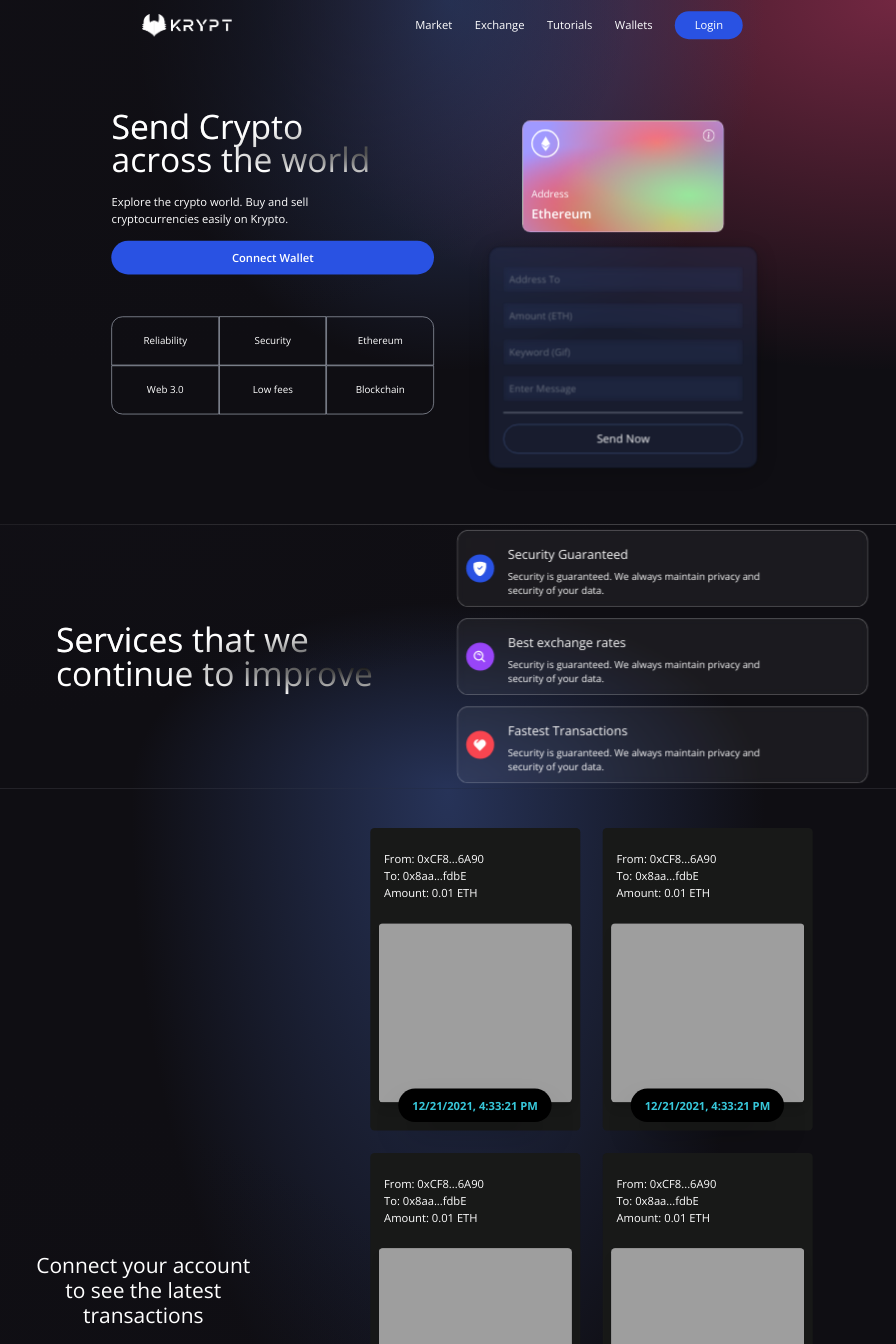
Repository: didierganthier/web3.0
Page: / (app in client/)
The author's editor kept a copy of each file at every save. The page is drawn from the files as they stood at one save, then again after the next save.
The browser window is 1280 px wide. The pictures show the part of the page from y = 0 to 1920 px (the page is 2772 px tall), at 70% of full size.
Pictures or frames that could not be fetched are drawn as grey boxes. The project was rebuilt for these pictures with package versions that can differ from the ones it lists, and the page was loaded fresh each time. Also part of the build but not shown: client/vite.config.js, client/src/components/Loader.jsx.

Above is the page before, as saved 2022-04-07 12:24:39.

### client/src/App.jsx
import { Navbar, Welcome, Loader, Transactions, Services, Footer } from "./components"

const App = () => {
  return (
    <div className="min-h-screen">
      <div className="gradient-bg-welcome">
        <Navbar />
        <Welcome />
      </div>
      <Services />
      <Transactions />
      <Footer />
    </div>
  )
}

export default App

### client/src/components/Welcome.jsx
import React, { useContext } from 'react'
import { AiFillPlayCircle } from "react-icons/ai";
import { SiEthereum } from "react-icons/si";
import { BsInfoCircle } from "react-icons/bs";

import { TransactionContext } from "../context/TransactionContext";
import { Loader } from "./";
import { shortenAddress } from '../utils/shortenAddress';

const commonStyles = "min-h-[70px] sm:px-0 px-2 sm:min-w-[120px] flex justify-center items-center border-[0.5px] border-gray-400 text-sm font-light text-white";

const Input = ({ placeholder, name, value, type, handleChange }) => (
  <input placeholder={placeholder} type={type} value={value} onChange={(e) => handleChange(e, name)} className='my-2 w-full rounded-sm p-2 outline-none bg-transparent text-white border-none text-sm white-glassmorphism' />
)

const Welcome = () => {
  const { connectWallet, connectedAccount, formData, handleChange, sendTransaction } = useContext(TransactionContext);

  const handleSubmit = (e) => {
    const { addressTo, amount, keyword, message } = formData;

    e.preventDefault();

    if(!addressTo || !amount || !keyword || !message) return;

    sendTransaction();
  }

  return (
    <div className="flex w-full justify-center items-center">
      <div className="flex mf:flex-row flex-col items-start justify-between md:p-20 py-12 px-4">
        <div className="flex flex-1 justify-start flex-col mf:mr-10">
          <h1 className="text-3xl sm:text-5xl text-white text-gradient py-1">
            Send Crypto <br></br> across the world
          </h1>
          <p className="text-left mt-5 text-white font-light md:w-9/12 w-11/12 text-base">
            Explore the crypto world. Buy and sell cryptocurrencies easily on Krypto.
          </p>
          {!connectedAccount && (
            <button type="button" onClick={connectWallet} className="flex flex-row justify-center items-center my-5 bg-[#2952e3] p-3 rounded-full cursor-pointer hover:bg-[#2546bd]">
              <p className="text-white text-base font-semibold">Connect Wallet</p>
            </button>
          )}
          <div className="grid sm:grid-cols-3 grid-cols-2 w-full mt-10">
            <div className={`rounded-tl-2xl ${commonStyles}`}>Reliability</div>
            <div className={commonStyles}>Security</div>
            <div className={`rounded-tr-2xl ${commonStyles}`}>Ethereum</div>
            <div className={`rounded-bl-2xl ${commonStyles}`}>Web 3.0</div>
            <div className={commonStyles}>Low fees</div>
            <div className={`rounded-br-2xl ${commonStyles}`}>Blockchain</div>
          </div>
        </div>
        <div className="flex flex-col flex-1 items-center justify-start w-full mf:mt-0 mt-10">
          <div className="p-3 justify-end items-start flex-col rounded-xl h-40 sm:w-72 w-full my-5 eth-card white-glassmorphism">
            <div className="flex justify-between flex-col w-full h-full">
              <div className="flex justify-between items-start">
                <div className="w-10 h-10 rounded-full border-2 border-white flex justify-center items-center">
                  <SiEthereum fontSize={21} color='#fff' />
                </div>
                <BsInfoCircle fontSize={17} color='#fff' />
              </div>
              <div>
                <p className="text-white font-light text-sm">
                  {connectedAccount ? shortenAddress(connectedAccount) : "Address"}
                </p>
                <p className="text-white font-semibold text-lg mt-1">
                  Ethereum
                </p>
              </div>
            </div>
          </div>
          <div className="p-5 sm:w-96 w-full flex flex-col justify-start items-center blue-glassmorphism">
            <Input placeholder="Address To" name="addressTo" type="text" handleChange={handleChange} />
            <Input placeholder="Amount (ETH)" name="amount" type="number" handleChange={handleChange} />
            <Input placeholder="Keyword (Gif)" name="keyword" type="text" handleChange={handleChange} />
            <Input placeholder="Enter Message" name="message" type="text" handleChange={handleChange} />

            <div className="h-[1px] w-full bg-gray-400 my-2" />

            {false ? (
              <Loader />
            ) : (
              <button type="button" onClick={handleSubmit} className="text-white w-full mt-2 border-[1px] p-2 border-[#3d4f7c] rounded-full cursor-pointer">
                Send Now
              </button>
            )}
          </div>
        </div>
      </div>
    </div>
  )
}

export default Welcome

Loaded but not shown: client/index.html (common file); client/src/main.jsx (common file); client/src/index.css (common file); client/src/components/Services.jsx (common file); client/src/components/Navbar.jsx (common file); client/tailwind.config.js (common file); client/src/utils/Transactions.json (140 lines, source omitted); client/src/utils/dummyData.js (57 lines, source omitted); client/src/components/index.js (8 lines, source omitted); client/src/utils/shortenAddress.js (7 lines, source omitted); client/src/utils/constants.js (4 lines, source omitted); client/src/context/TransactionContext.jsx (151 lines, source omitted); client/src/components/Transactions.jsx (70 lines, source omitted); client/src/components/Footer.jsx (35 lines, source omitted); client/src/hooks/useFetch.jsx (28 lines, source omitted)

After the next save:
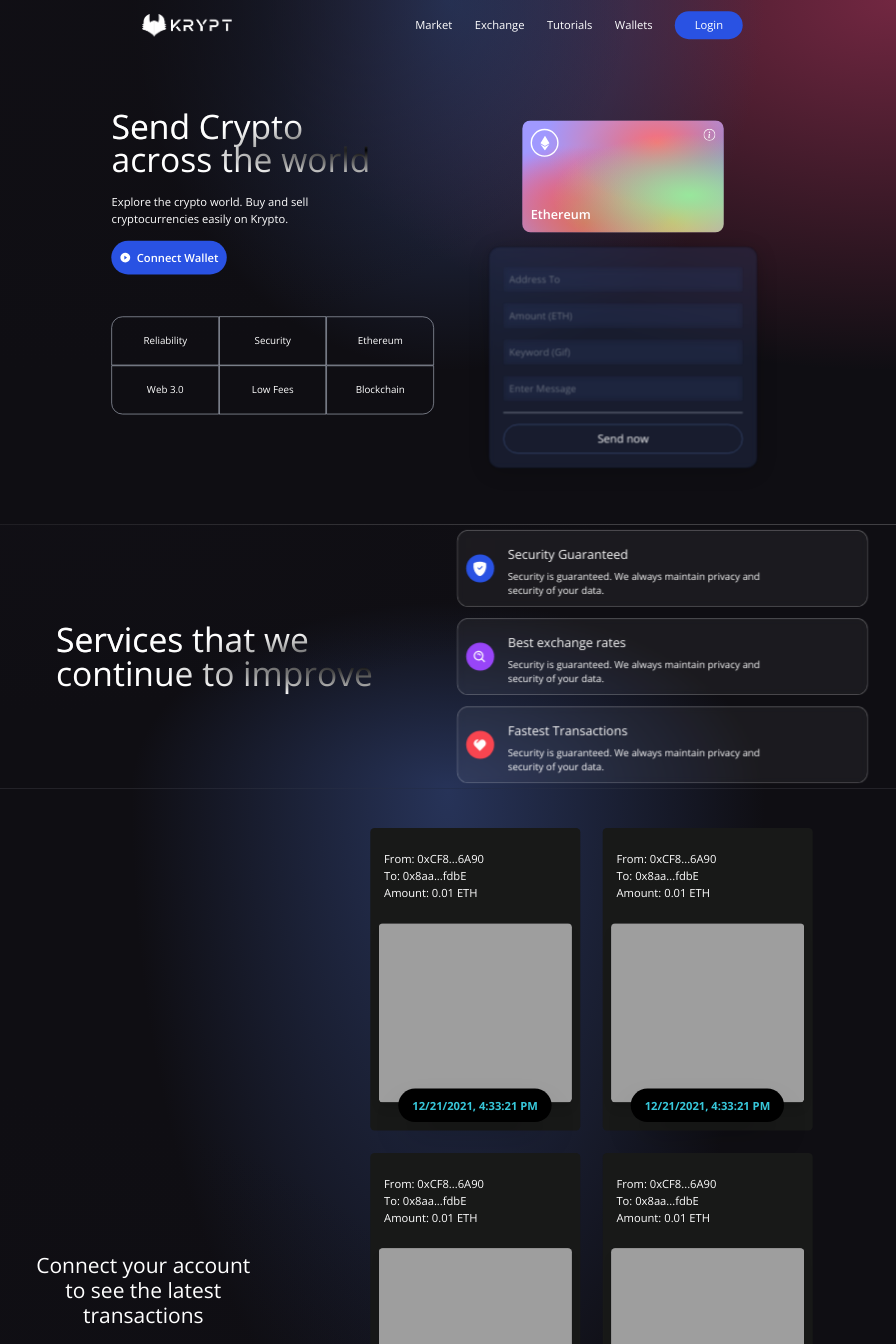
Saved 32 s later.
--- a/client/src/components/Welcome.jsx
+++ b/client/src/components/Welcome.jsx
@@ -1,67 +1,91 @@
-import React, { useContext } from 'react'
+import React, { useContext } from "react";
 import { AiFillPlayCircle } from "react-icons/ai";
 import { SiEthereum } from "react-icons/si";
 import { BsInfoCircle } from "react-icons/bs";
 
 import { TransactionContext } from "../context/TransactionContext";
-import { Loader } from "./";
-import { shortenAddress } from '../utils/shortenAddress';
+import { shortenAddress } from "../utils/shortenAddress";
+import { Loader } from ".";
 
-const commonStyles = "min-h-[70px] sm:px-0 px-2 sm:min-w-[120px] flex justify-center items-center border-[0.5px] border-gray-400 text-sm font-light text-white";
+const companyCommonStyles = "min-h-[70px] sm:px-0 px-2 sm:min-w-[120px] flex justify-center items-center border-[0.5px] border-gray-400 text-sm font-light text-white";
 
-const Input = ({ placeholder, name, value, type, handleChange }) => (
-  <input placeholder={placeholder} type={type} value={value} onChange={(e) => handleChange(e, name)} className='my-2 w-full rounded-sm p-2 outline-none bg-transparent text-white border-none text-sm white-glassmorphism' />
-)
+const Input = ({ placeholder, name, type, value, handleChange }) => (
+  <input
+    placeholder={placeholder}
+    type={type}
+    step="0.0001"
+    value={value}
+    onChange={(e) => handleChange(e, name)}
+    className="my-2 w-full rounded-sm p-2 outline-none bg-transparent text-white border-none text-sm white-glassmorphism"
+  />
+);
 
 const Welcome = () => {
-  const { connectWallet, connectedAccount, formData, handleChange, sendTransaction } = useContext(TransactionContext);
+  const { currentAccount, connectWallet, handleChange, sendTransaction, formData, isLoading } = useContext(TransactionContext);
 
   const handleSubmit = (e) => {
     const { addressTo, amount, keyword, message } = formData;
 
     e.preventDefault();
 
-    if(!addressTo || !amount || !keyword || !message) return;
+    if (!addressTo || !amount || !keyword || !message) return;
 
     sendTransaction();
-  }
+  };
 
   return (
     <div className="flex w-full justify-center items-center">
       <div className="flex mf:flex-row flex-col items-start justify-between md:p-20 py-12 px-4">
-        <div className="flex flex-1 justify-start flex-col mf:mr-10">
+        <div className="flex flex-1 justify-start items-start flex-col mf:mr-10">
           <h1 className="text-3xl sm:text-5xl text-white text-gradient py-1">
-            Send Crypto <br></br> across the world
+            Send Crypto <br /> across the world
           </h1>
           <p className="text-left mt-5 text-white font-light md:w-9/12 w-11/12 text-base">
             Explore the crypto world. Buy and sell cryptocurrencies easily on Krypto.
           </p>
-          {!connectedAccount && (
-            <button type="button" onClick={connectWallet} className="flex flex-row justify-center items-center my-5 bg-[#2952e3] p-3 rounded-full cursor-pointer hover:bg-[#2546bd]">
-              <p className="text-white text-base font-semibold">Connect Wallet</p>
+          {!currentAccount && (
+            <button
+              type="button"
+              onClick={connectWallet}
+              className="flex flex-row justify-center items-center my-5 bg-[#2952e3] p-3 rounded-full cursor-pointer hover:bg-[#2546bd]"
+            >
+              <AiFillPlayCircle className="text-white mr-2" />
+              <p className="text-white text-base font-semibold">
+                Connect Wallet
+              </p>
             </button>
           )}
+
           <div className="grid sm:grid-cols-3 grid-cols-2 w-full mt-10">
-            <div className={`rounded-tl-2xl ${commonStyles}`}>Reliability</div>
-            <div className={commonStyles}>Security</div>
-            <div className={`rounded-tr-2xl ${commonStyles}`}>Ethereum</div>
-            <div className={`rounded-bl-2xl ${commonStyles}`}>Web 3.0</div>
-            <div className={commonStyles}>Low fees</div>
-            <div className={`rounded-br-2xl ${commonStyles}`}>Blockchain</div>
+            <div className={`rounded-tl-2xl ${companyCommonStyles}`}>
+              Reliability
+            </div>
+            <div className={companyCommonStyles}>Security</div>
+            <div className={`sm:rounded-tr-2xl ${companyCommonStyles}`}>
+              Ethereum
+            </div>
+            <div className={`sm:rounded-bl-2xl ${companyCommonStyles}`}>
+              Web 3.0
+            </div>
+            <div className={companyCommonStyles}>Low Fees</div>
+            <div className={`rounded-br-2xl ${companyCommonStyles}`}>
+              Blockchain
+            </div>
           </div>
         </div>
+
         <div className="flex flex-col flex-1 items-center justify-start w-full mf:mt-0 mt-10">
-          <div className="p-3 justify-end items-start flex-col rounded-xl h-40 sm:w-72 w-full my-5 eth-card white-glassmorphism">
+          <div className="p-3 flex justify-end items-start flex-col rounded-xl h-40 sm:w-72 w-full my-5 eth-card .white-glassmorphism ">
             <div className="flex justify-between flex-col w-full h-full">
               <div className="flex justify-between items-start">
                 <div className="w-10 h-10 rounded-full border-2 border-white flex justify-center items-center">
-                  <SiEthereum fontSize={21} color='#fff' />
+                  <SiEthereum fontSize={21} color="#fff" />
                 </div>
-                <BsInfoCircle fontSize={17} color='#fff' />
+                <BsInfoCircle fontSize={17} color="#fff" />
               </div>
               <div>
                 <p className="text-white font-light text-sm">
-                  {connectedAccount ? shortenAddress(connectedAccount) : "Address"}
+                  {shortenAddress(currentAccount)}
                 </p>
                 <p className="text-white font-semibold text-lg mt-1">
                   Ethereum
@@ -77,18 +101,22 @@
 
             <div className="h-[1px] w-full bg-gray-400 my-2" />
 
-            {false ? (
-              <Loader />
-            ) : (
-              <button type="button" onClick={handleSubmit} className="text-white w-full mt-2 border-[1px] p-2 border-[#3d4f7c] rounded-full cursor-pointer">
-                Send Now
-              </button>
-            )}
+            {isLoading
+              ? <Loader />
+              : (
+                <button
+                  type="button"
+                  onClick={handleSubmit}
+                  className="text-white w-full mt-2 border-[1px] p-2 border-[#3d4f7c] hover:bg-[#3d4f7c] rounded-full cursor-pointer"
+                >
+                  Send now
+                </button>
+              )}
           </div>
         </div>
       </div>
     </div>
-  )
-}
+  );
+};
 
-export default Welcome
+export default Welcome;

After the save that followed:
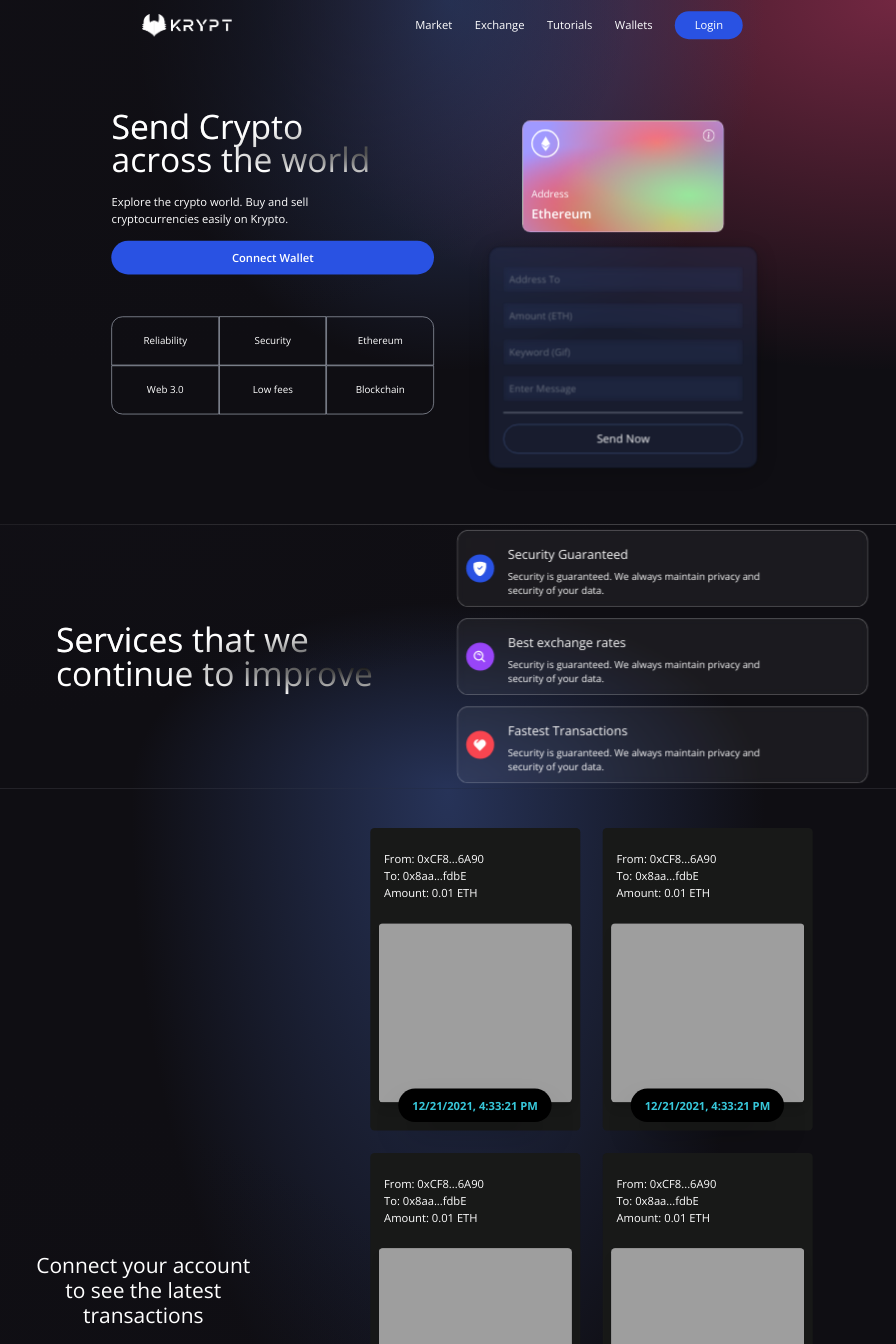
Saved 30 s later.
--- a/client/src/components/Welcome.jsx
+++ b/client/src/components/Welcome.jsx
@@ -1,91 +1,67 @@
-import React, { useContext } from "react";
+import React, { useContext } from 'react'
 import { AiFillPlayCircle } from "react-icons/ai";
 import { SiEthereum } from "react-icons/si";
 import { BsInfoCircle } from "react-icons/bs";
 
 import { TransactionContext } from "../context/TransactionContext";
-import { shortenAddress } from "../utils/shortenAddress";
-import { Loader } from ".";
+import { Loader } from "./";
+import { shortenAddress } from '../utils/shortenAddress';
 
-const companyCommonStyles = "min-h-[70px] sm:px-0 px-2 sm:min-w-[120px] flex justify-center items-center border-[0.5px] border-gray-400 text-sm font-light text-white";
+const commonStyles = "min-h-[70px] sm:px-0 px-2 sm:min-w-[120px] flex justify-center items-center border-[0.5px] border-gray-400 text-sm font-light text-white";
 
-const Input = ({ placeholder, name, type, value, handleChange }) => (
-  <input
-    placeholder={placeholder}
-    type={type}
-    step="0.0001"
-    value={value}
-    onChange={(e) => handleChange(e, name)}
-    className="my-2 w-full rounded-sm p-2 outline-none bg-transparent text-white border-none text-sm white-glassmorphism"
-  />
-);
+const Input = ({ placeholder, name, value, type, handleChange }) => (
+  <input placeholder={placeholder} type={type} value={value} onChange={(e) => handleChange(e, name)} className='my-2 w-full rounded-sm p-2 outline-none bg-transparent text-white border-none text-sm white-glassmorphism' />
+)
 
 const Welcome = () => {
-  const { currentAccount, connectWallet, handleChange, sendTransaction, formData, isLoading } = useContext(TransactionContext);
+  const { connectWallet, connectedAccount, formData, handleChange, sendTransaction } = useContext(TransactionContext);
 
   const handleSubmit = (e) => {
     const { addressTo, amount, keyword, message } = formData;
 
     e.preventDefault();
 
-    if (!addressTo || !amount || !keyword || !message) return;
+    if(!addressTo || !amount || !keyword || !message) return;
 
     sendTransaction();
-  };
+  }
 
   return (
     <div className="flex w-full justify-center items-center">
       <div className="flex mf:flex-row flex-col items-start justify-between md:p-20 py-12 px-4">
-        <div className="flex flex-1 justify-start items-start flex-col mf:mr-10">
+        <div className="flex flex-1 justify-start flex-col mf:mr-10">
           <h1 className="text-3xl sm:text-5xl text-white text-gradient py-1">
-            Send Crypto <br /> across the world
+            Send Crypto <br></br> across the world
           </h1>
           <p className="text-left mt-5 text-white font-light md:w-9/12 w-11/12 text-base">
             Explore the crypto world. Buy and sell cryptocurrencies easily on Krypto.
           </p>
-          {!currentAccount && (
-            <button
-              type="button"
-              onClick={connectWallet}
-              className="flex flex-row justify-center items-center my-5 bg-[#2952e3] p-3 rounded-full cursor-pointer hover:bg-[#2546bd]"
-            >
-              <AiFillPlayCircle className="text-white mr-2" />
-              <p className="text-white text-base font-semibold">
-                Connect Wallet
-              </p>
+          {!connectedAccount && (
+            <button type="button" onClick={connectWallet} className="flex flex-row justify-center items-center my-5 bg-[#2952e3] p-3 rounded-full cursor-pointer hover:bg-[#2546bd]">
+              <p className="text-white text-base font-semibold">Connect Wallet</p>
             </button>
           )}
-
           <div className="grid sm:grid-cols-3 grid-cols-2 w-full mt-10">
-            <div className={`rounded-tl-2xl ${companyCommonStyles}`}>
-              Reliability
-            </div>
-            <div className={companyCommonStyles}>Security</div>
-            <div className={`sm:rounded-tr-2xl ${companyCommonStyles}`}>
-              Ethereum
-            </div>
-            <div className={`sm:rounded-bl-2xl ${companyCommonStyles}`}>
-              Web 3.0
-            </div>
-            <div className={companyCommonStyles}>Low Fees</div>
-            <div className={`rounded-br-2xl ${companyCommonStyles}`}>
-              Blockchain
-            </div>
+            <div className={`rounded-tl-2xl ${commonStyles}`}>Reliability</div>
+            <div className={commonStyles}>Security</div>
+            <div className={`rounded-tr-2xl ${commonStyles}`}>Ethereum</div>
+            <div className={`rounded-bl-2xl ${commonStyles}`}>Web 3.0</div>
+            <div className={commonStyles}>Low fees</div>
+            <div className={`rounded-br-2xl ${commonStyles}`}>Blockchain</div>
           </div>
         </div>
-
         <div className="flex flex-col flex-1 items-center justify-start w-full mf:mt-0 mt-10">
-          <div className="p-3 flex justify-end items-start flex-col rounded-xl h-40 sm:w-72 w-full my-5 eth-card .white-glassmorphism ">
+          <div className="p-3 justify-end items-start flex-col rounded-xl h-40 sm:w-72 w-full my-5 eth-card white-glassmorphism">
             <div className="flex justify-between flex-col w-full h-full">
               <div className="flex justify-between items-start">
                 <div className="w-10 h-10 rounded-full border-2 border-white flex justify-center items-center">
-                  <SiEthereum fontSize={21} color="#fff" />
+                  <SiEthereum fontSize={21} color='#fff' />
                 </div>
-                <BsInfoCircle fontSize={17} color="#fff" />
+                <BsInfoCircle fontSize={17} color='#fff' />
               </div>
               <div>
                 <p className="text-white font-light text-sm">
-                  {shortenAddress(currentAccount)}
+                  {connectedAccount ? shortenAddress(connectedAccount) : "Address"}
                 </p>
                 <p className="text-white font-semibold text-lg mt-1">
                   Ethereum
@@ -101,22 +77,18 @@
 
             <div className="h-[1px] w-full bg-gray-400 my-2" />
 
-            {isLoading
-              ? <Loader />
-              : (
-                <button
-                  type="button"
-                  onClick={handleSubmit}
-                  className="text-white w-full mt-2 border-[1px] p-2 border-[#3d4f7c] hover:bg-[#3d4f7c] rounded-full cursor-pointer"
-                >
-                  Send now
-                </button>
-              )}
+            {false ? (
+              <Loader />
+            ) : (
+              <button type="button" onClick={handleSubmit} className="text-white w-full mt-2 border-[1px] p-2 border-[#3d4f7c] rounded-full cursor-pointer">
+                Send Now
+              </button>
+            )}
           </div>
         </div>
       </div>
     </div>
-  );
-};
+  )
+}
 
-export default Welcome;
+export default Welcome
